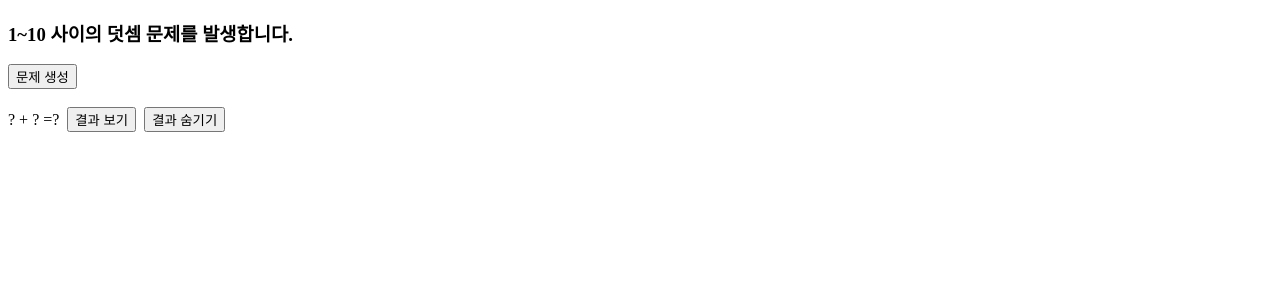
Repository: codelily98/Web
Page: JavaScript/src/main/webapp/javascript/exam16-1.html
An editor plug-in stored every save of this project. The page is shown before and after the next save, followed by the edit.
The browser window is 1280 px wide. The pictures show the whole page.

Above is the page before, as saved 2024-08-19 09:55:50.

After the next save:
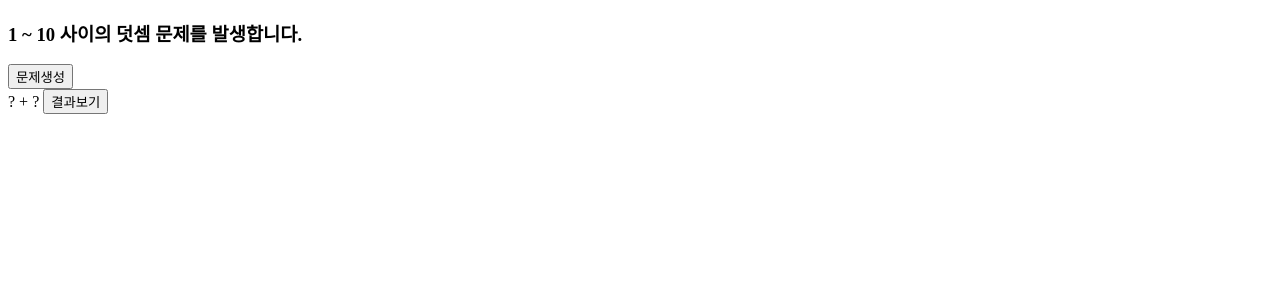
Saved 105 s later.
--- a/JavaScript/src/main/webapp/javascript/exam16-1.html
+++ b/JavaScript/src/main/webapp/javascript/exam16-1.html
@@ -2,36 +2,32 @@
 <html>
 <head>
 <meta charset="UTF-8">
-<title>Java Script 16-1</title>
+<title>문제 1</title>
 </head>
 <body>
-   <h3>1~10 사이의 덧셈 문제를 발생합니다.</h3>
-
-   <input type = button value="문제 생성" onclick = "start()"><br><br>
-
-   <span id = exam>? + ? =</span><span id = question>?</span>
-
-   &nbsp;<input type = button value="결과 보기" onclick = "printResult()">
-
-   &nbsp;<input type = button value="결과 숨기기" onclick = "hideResult()">
+	<h3>1 ~ 10 사이의 덧셈 문제를 발생합니다.</h3>
+	<input type="button" value="문제생성" onclick="start()"/>
+	<br>
+	<div><span id="random_num">? + ?</span>
+	<input type="button" value="결과보기" onclick="printResult()"/></div>
 
 <script type="text/javascript">
-function sum(x, y){
-   return x + y;
+var x, y, re_sum;
+function sum(x, y) {
+	return x + y;
 }
-function start(){   //Math.random()
-   var x = parseInt(Math.random() * 10 + 1);
-   var y = parseInt(Math.random() * 10 + 1);
-   document.getElementById("exam").innerText = x + " + " + y + " = ";
+function start() {
+	x = parseInt(Math.random() * 10 + 1);
+	y = parseInt(Math.random() * 10 + 1);
+	var myTag = document.getElementById("random_num");
+	myTag.innerHTML = x + " + " + y + " = " + "?";
 
-   result = sum(x, y);
-   return result;
+	re_sum = sum(x, y);
+	return re_sum;
 }
-function printResult(){
-   document.getElementById("question").innerHTML = "<font color = 'red'>" + result + "</font>"
-}
-function hideResult(){
-   document.getElementById("question").innerText = "?";
+function printResult() {
+	var myTag = document.getElementById("random_num");
+	myTag.innerHTML = x + " + " + y + " = " + "<font color=red>" + re_sum + "</font>";
 }
 </script>
 </body>
